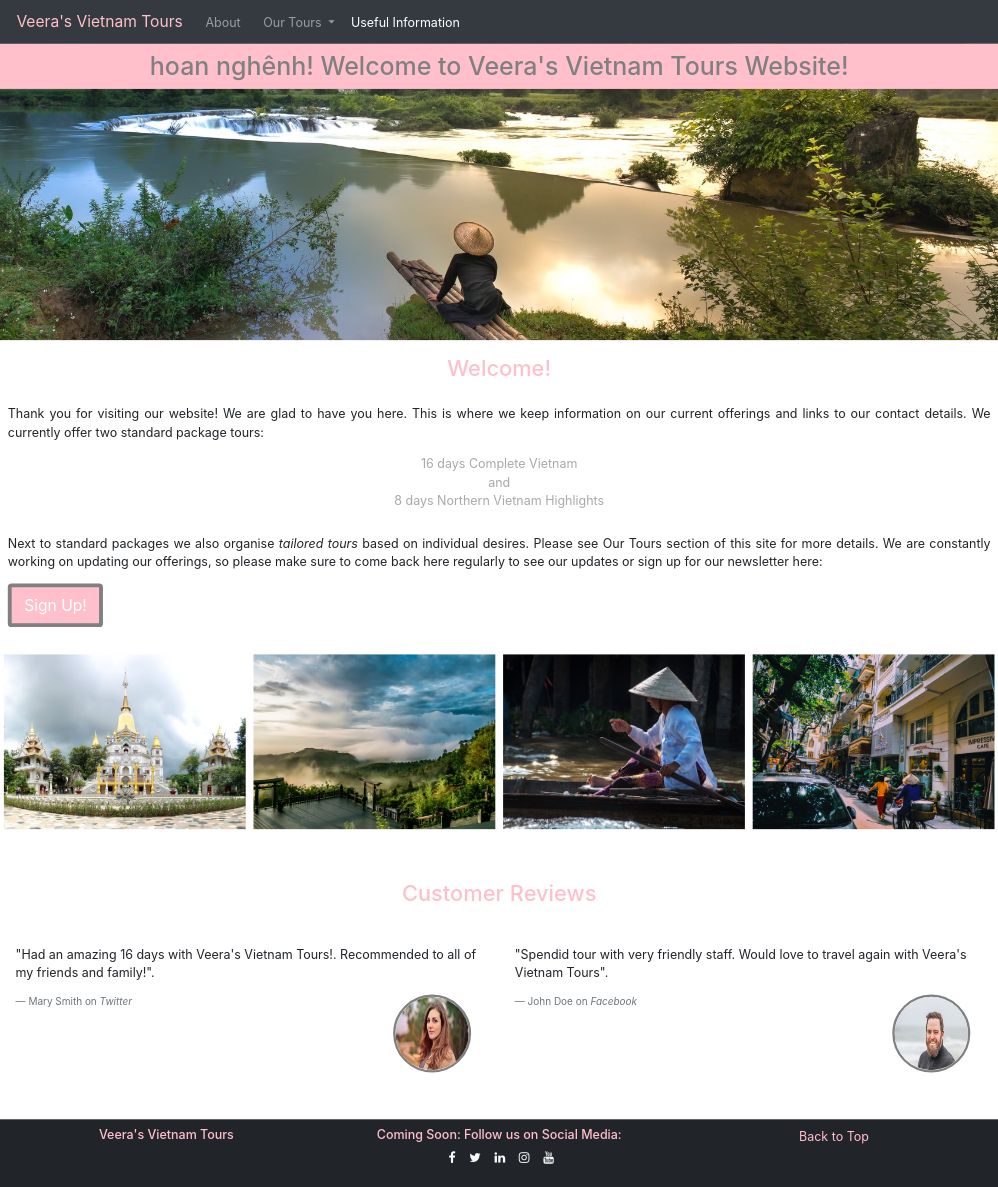
Repository: VAhola/VietnamTour
Page: index.html
The author's editor kept a record of every edit. The page is drawn from the files as they stood at one moment, then again after the next edit.
The browser window is 1280 px wide. The pictures show the whole page, at 78% of full size.

Above is the page before.

After the next edit:
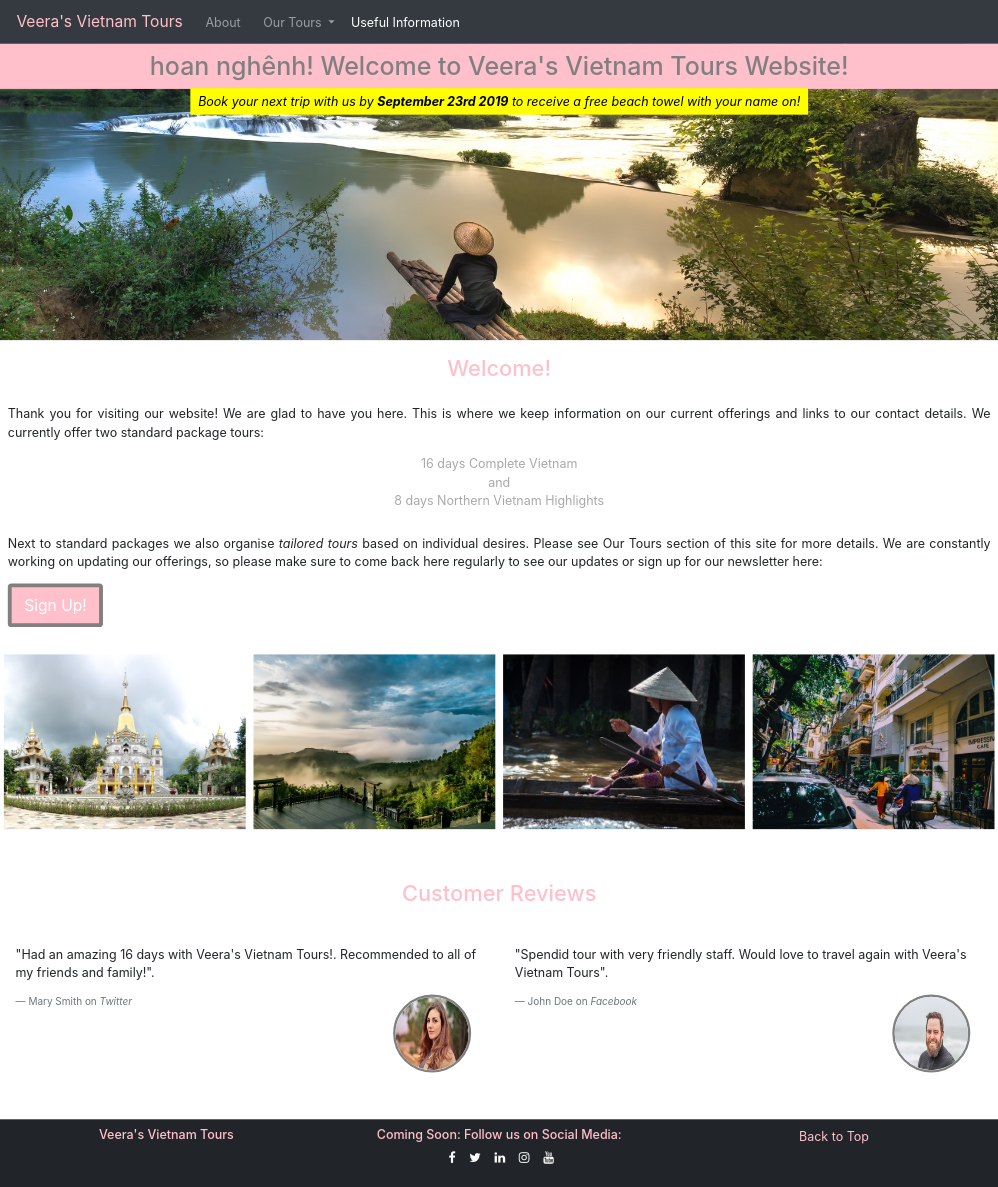
The edit:
--- a/index.html
+++ b/index.html
@@ -45,6 +45,9 @@
     <h2 class="intro">
      hoan nghênh! Welcome to Veera's Vietnam Tours Website!
     </h2>
+    <div class=container4>
+  <p><em>Book your next trip with us by <strong>September 23rd 2019</strong>  to receive a free beach towel with your name on!</em></p>
+</div>
  </div>
 
 <!-- /.banner -->
